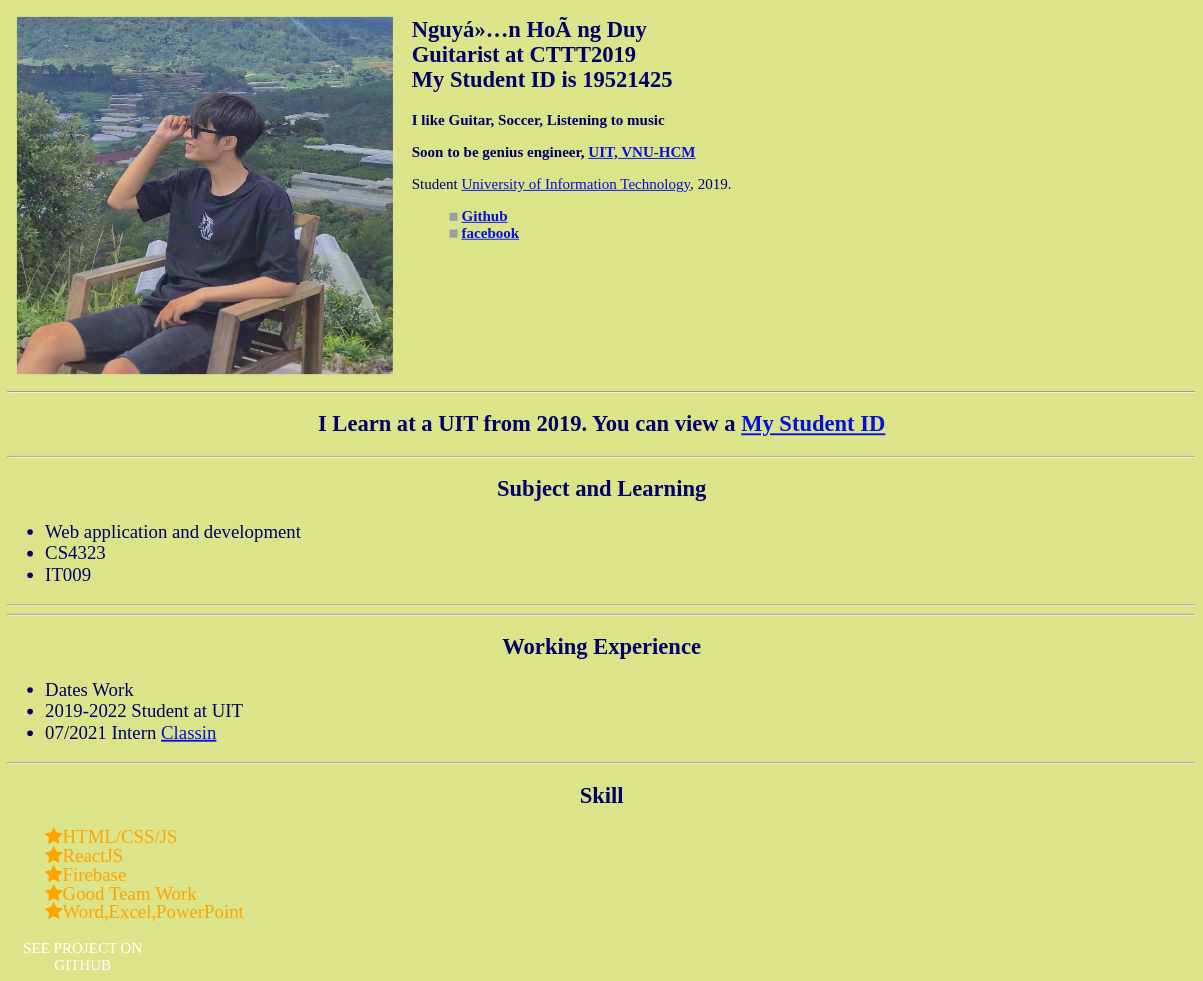
Repository: HoangDuy315/HW_TVK
Page: cv.html
The author's editor kept a copy of each file at every save. The page is drawn from the files as they stood at one save, then again after the next save.
The browser window is 1280 px wide. The pictures show the whole page, at 94% of full size.
Pictures or frames that could not be fetched are drawn as grey boxes.

Above is the page before, as saved 2022-09-25 17:03:18.

After the next save:
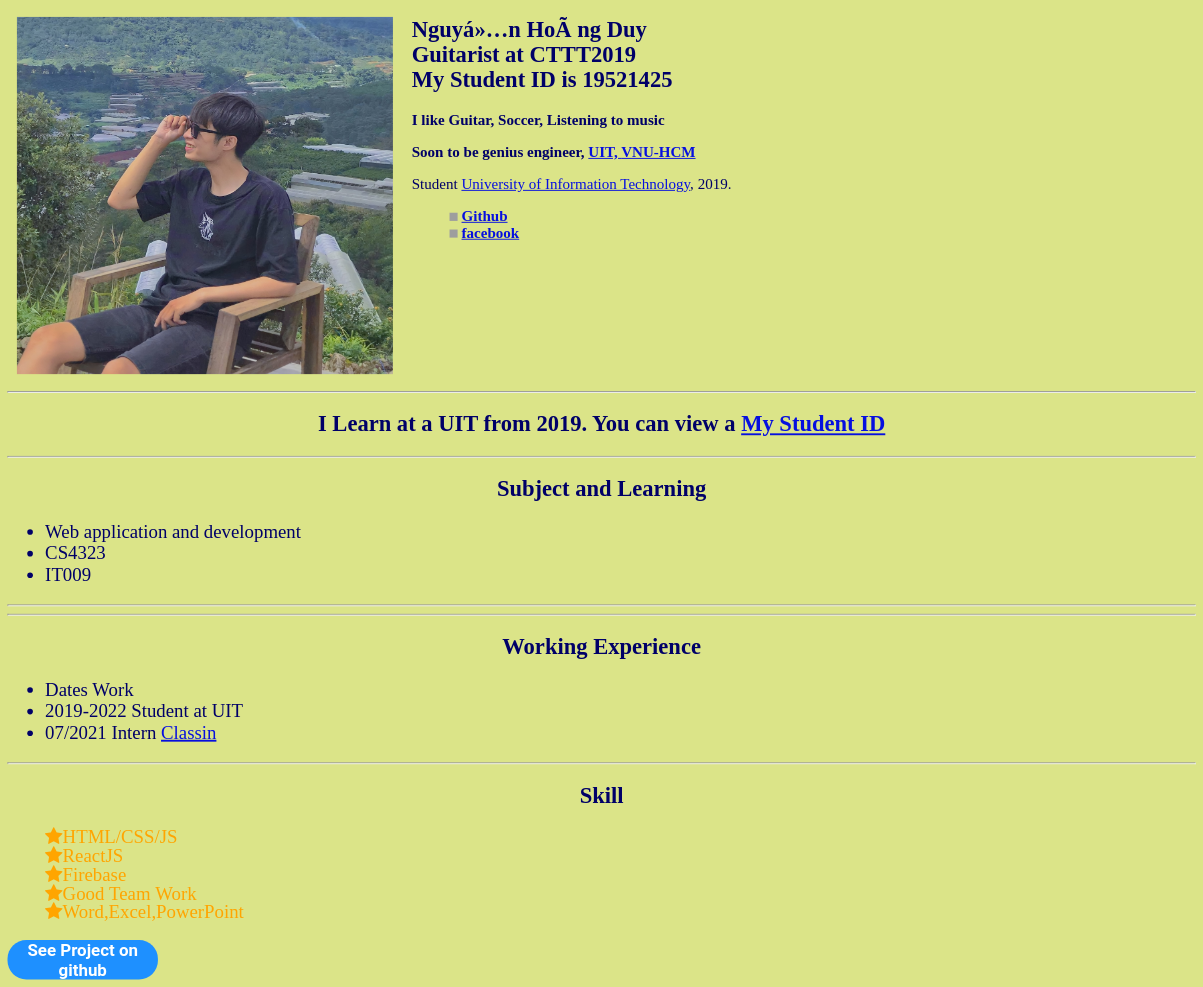
Saved 13 s later.
--- a/cv.css
+++ b/cv.css
@@ -35,14 +35,14 @@ body {
     /* height: 100vh; */
     display: flex;
     justify-content: center;
-    /* font-family: "Roboto", sans-serif;
+    font-family: "Roboto", sans-serif;
     font-size: 18px;
     font-weight: bold;
-    /* background: #1e90ff; */
+    background: #1e90ff;
     width: 160px;
     text-align: center;
     text-decoration: none;
-    text-transform: uppercase;
+    /* text-transform: uppercase; */
     color: #fff;
     border-radius: 20px;
 }
